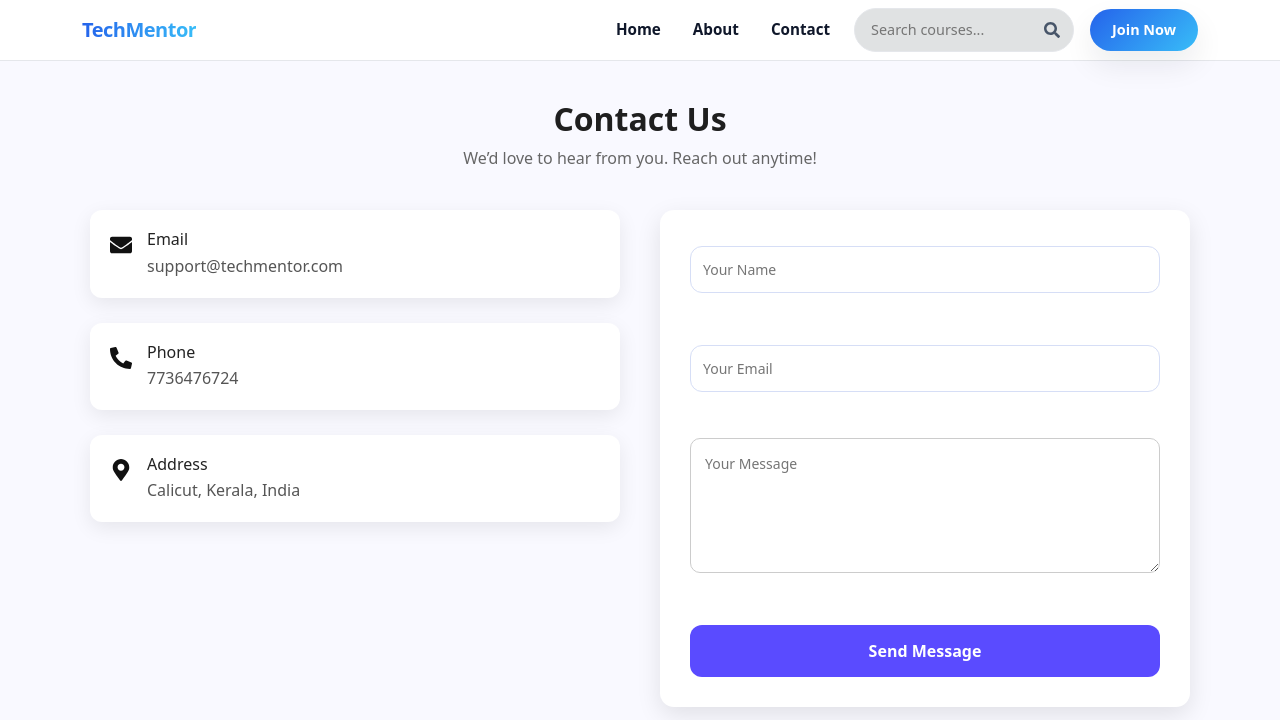
Repository: Aswin74k/project-2
Page: /#/contact
These files come from the project's save history. The page is drawn as it stood at one moment and after the next save; the edit follows.
The browser window is 1280 px wide. The pictures show the whole page.
The project was rebuilt for these pictures with package versions that can differ from the ones it lists, and the page was loaded fresh each time. Also part of the build but not shown: vite.config.js, src/project/Home.jsx, src/project/Course.jsx, src/project/About.css, src/project/About.jsx, src/project/Enroll.jsx, src/project/ProtectedRoute.jsx.

Above is the page before, as saved 2026-01-06 20:47:45.

### src/main.jsx
import React from "react";
import ReactDOM from "react-dom/client";
import { HashRouter } from "react-router-dom";   // ✅ CHANGE HERE
import App from "./project/App";
import { AuthProvider } from "./context/AuthContext";
import "bootstrap/dist/css/bootstrap.min.css";

ReactDOM.createRoot(document.getElementById("root")).render(
  <React.StrictMode>
    <HashRouter>
      <AuthProvider>
        <App />
      </AuthProvider>
    </HashRouter>
  </React.StrictMode>
);

### src/project/App.jsx
import React from "react";
import { Routes, Route, useLocation } from "react-router-dom";
import EduNavbar from "./EduNavbar";

import Home from "./Home";
import Course from "./Course";
import About from "./About";
import Contact from "./Contact";
import Enroll from "./Enroll";

import ProtectedRoute from "./ProtectedRoute";

export default function App() {
  const location = useLocation();

  // Pages where Navbar should NOT appear
  const hideNavbarRoutes = ["/enroll"];

  const shouldHideNavbar = hideNavbarRoutes.includes(location.pathname);

  return (
    <>
      {/* Navbar */}
      {!shouldHideNavbar && <EduNavbar />}

      <Routes>
        {/* PUBLIC ROUTES */}
        <Route path="/" element={<Home />} />
        <Route path="/courses/:id" element={<Course />} />
        <Route path="/about" element={<About />} />
        <Route path="/contact" element={<Contact />} />

        {/* PROTECTED ROUTE */}
        <Route
          path="/enroll"
          element={
            <ProtectedRoute>
              <Enroll />
            </ProtectedRoute>
          }
        />
      </Routes>
    </>
  );
}

### src/context/AuthContext.jsx
import { createContext, useContext, useState, useEffect } from "react";

const AuthContext = createContext();

export function AuthProvider({ children }) {
  const [user, setUser] = useState(null);
  const [loading, setLoading] = useState(true);

  useEffect(() => {
    const savedUser = JSON.parse(
      localStorage.getItem("loggedInUser")
    );
    if (savedUser) setUser(savedUser);
    setLoading(false);
  }, []);

  const login = (email, password) => {
    const users =
      JSON.parse(localStorage.getItem("registeredUsers")) || [];

    const foundUser = users.find(
      (u) => u.email === email && u.password === password
    );

    if (!foundUser) {
      return { success: false, message: "Invalid email or password" };
    }

    localStorage.setItem(
      "loggedInUser",
      JSON.stringify(foundUser)
    );
    setUser(foundUser);

    return {
      success: true,
      message: `Welcome back, ${foundUser.firstName}`,
    };
  };

  const signup = (data) => {
    const users =
      JSON.parse(localStorage.getItem("registeredUsers")) || [];

    if (users.some((u) => u.email === data.email)) {
      return {
        success: false,
        message: "User already exists with this email!",
      };
    }

    users.push(data);
    localStorage.setItem(
      "registeredUsers",
      JSON.stringify(users)
    );

    localStorage.setItem(
      "loggedInUser",
      JSON.stringify(data)
    );
    setUser(data);

    return {
      success: true,
      message: "Account created successfully",
    };
  };

  const logout = () => {
    localStorage.removeItem("loggedInUser");
    setUser(null);
  };

  return (
    <AuthContext.Provider
      value={{ user, login, signup, logout, loading }}
    >
      {children}
    </AuthContext.Provider>
  );
}

export const useAuth = () => useContext(AuthContext);

### src/project/Contact.jsx
import React, { useState } from "react";
import { useForm } from "react-hook-form";
import emailjs from "emailjs-com";
import { FaEnvelope, FaPhoneAlt, FaMapMarkerAlt } from "react-icons/fa";
import "./contact.css";

export default function Contact() {
  const [status, setStatus] = useState("");
  const [statusType, setStatusType] = useState("");

  const {
    register,
    handleSubmit,
    reset,
    formState: { errors, isSubmitting },
  } = useForm({
    mode: "onBlur",
  });

  const onSubmit = async (data) => {
    setStatus("");
    setStatusType("");

    try {
      await emailjs.send(
        "service_31jicom",
        "template_7uyno6u",
        data,
        "sTTzV7QdAk2Jx3lZL"
      );

      setStatus("Message sent successfully!");
      setStatusType("success");
      reset();
    } catch (err) {
      setStatus("Failed to send message. Please try again.");
      setStatusType("error");
    }

    setTimeout(() => {
      setStatus("");
      setStatusType("");
    }, 3000);
  };

  return (
    <div className="contact-page">
      <h2 className="contact-title">Contact Us</h2>
      <p className="contact-subtitle">
        We’d love to hear from you. Reach out anytime!
      </p>

      <div className="contact-container">
        {/* LEFT INFO */}
        <div className="contact-info">
          <div className="info-box">
            <FaEnvelope />
            <div>
              <h4>Email</h4>
              <p>support@techmentor.com</p>
            </div>
          </div>

          <div className="info-box">
            <FaPhoneAlt />
            <div>
              <h4>Phone</h4>
              <p>7736476724</p>
            </div>
          </div>

          <div className="info-box">
            <FaMapMarkerAlt />
            <div>
              <h4>Address</h4>
              <p>Calicut, Kerala, India</p>
            </div>
          </div>
        </div>

        {/* FORM */}
        <form className="contact-form" onSubmit={handleSubmit(onSubmit)} noValidate>

          {/* NAME */}
          <div className="form-group">
            <input
              type="text"
              placeholder="Your Name"
              className={errors.name ? "error" : ""}
              {...register("name", {
                required: "Name is required",
                minLength: {
                  value: 3,
                  message: "Name must be at least 3 characters",
                },
                pattern: {
                  value: /^[A-Za-z ]+$/,
                  message: "Only letters allowed",
                },
              })}
            />

            <span className="field-error">
              {errors.name?.message || ""}
            </span>
          </div>

          <div className="form-group">
            <input
              type="email"
              placeholder="Your Email"
              className={errors.email ? "error" : ""}
              {...register("email", {
                required: "Email is required",
                pattern: {
                  value: /^[^\s@]+@[^\s@]+\.[^\s@]+$/,
                  message: "Enter a valid email",
                },
              })}
            />

            <span className="field-error">
              {errors.email?.message || ""}
            </span>
          </div>

          <div className="form-group">
            <textarea
              rows="5"
              placeholder="Your Message"
              className={errors.message ? "error" : ""}
              {...register("message", {
                required: "Message cannot be empty",
                minLength: {
                  value: 10,
                  message: "Minimum 10 characters required",
                },
              })}
            />

            <span className="field-error">
              {errors.message?.message || ""}
            </span>
          </div>

          <button type="submit" disabled={isSubmitting}>
            {isSubmitting ? "Sending..." : "Send Message"}
          </button>

          {status && (
            <p className={`status-msg ${statusType}`}>{status}</p>
          )}
        </form>
      </div>
    </div>
  );
}

### src/project/course.css
.course-container {
  font-family: "Poppins", sans-serif;
  background: #f4f7ff;
}

/* HERO */
.course-header {
  background: linear-gradient(135deg, #0d6efd, #002f8f);
  padding: 90px 20px;
  border-radius: 0 0 40px 40px;
  color: #fff;
}

.course-hero {
  max-width: 1100px;
  margin: auto;
  text-align: center;
}

.course-title {
  font-size: 52px;
  font-weight: 800;
}

.course-subtitle {
  font-size: 20px;
  margin: 16px auto;
  max-width: 700px;
}

.course-trust {
  font-size: 15px;
  opacity: 0.9;
  margin-bottom: 35px;
}

.course-stats {
  display: flex;
  justify-content: center;
  gap: 30px;
  flex-wrap: wrap;
}

.course-stats div {
  background: rgba(255,255,255,0.15);
  padding: 18px 26px;
  border-radius: 16px;
}

/* CONTENT */
.course-content {
  max-width: 1100px;
  margin: 60px auto;
  padding: 0 20px;
  display: flex;
  flex-direction: column;
  gap: 35px;
}

.info-box,
.syllabus-box,
.career-box {
  background: #fff;
  padding: 32px;
  border-radius: 22px;
  box-shadow: 0 10px 30px rgba(0,0,0,0.08);
}

.info-box h3,
.syllabus-box h3,
.career-box h3 {
  color: #0d6efd;
  font-size: 26px;
  margin-bottom: 16px;
}

.why-course {
  background: linear-gradient(135deg, #eef4ff, #fff);
  padding: 32px;
  border-radius: 22px;
}

.why-grid {
  display: grid;
  grid-template-columns: repeat(auto-fit, minmax(220px,1fr));
  gap: 16px;
}

.why-grid div {
  background: #fff;
  padding: 18px;
  border-radius: 14px;
  box-shadow: 0 8px 20px rgba(0,0,0,0.06);
}

.syllabus-box li {
  position: relative;
  padding-left: 26px;
  margin-bottom: 12px;
}

.syllabus-box li::before {
  content: "✔";
  position: absolute;
  left: 0;
  color: #0d6efd;
}

.career-tags {
  display: flex;
  flex-wrap: wrap;
  gap: 12px;
}

.career-tags span {
  background: #eef4ff;
  padding: 10px 16px;
  border-radius: 20px;
  font-size: 14px;
}

/* ENROLL */
.enroll-card {
  background: #fff;
  padding: 30px;
  border-radius: 22px;
  box-shadow: 0 14px 40px rgba(0,0,0,0.12);
  max-width: 480px;
}

.enroll-details {
  display: flex;
  justify-content: space-between;
}

.enroll-main-btn {
  width: 50%;
  padding: 14px;
  margin-top: 18px;
  background: linear-gradient(135deg, #0d6efd, #0047c2);
  border: none;
  border-radius: 14px;
  color: #fff;
  font-weight: 600;
  cursor: pointer;
}

.enroll-main-btn:hover {
  transform: translateY(-3px);
  box-shadow: 0 12px 30px rgba(13,110,253,0.4);
}

@media (min-width: 992px) {
  .enroll-card {
    position: sticky;
    top: 120px;
  }
}

.not-found {
  text-align: center;
  margin: 100px 0;
}

### src/project/contact.css
/* =====================================================
   GLOBAL RESET & SAFETY
===================================================== */
* {
  box-sizing: border-box;
}

html,
body {
  width: 100%;
  overflow-x: hidden;
  margin: 0;
  padding: 0;
}

/* =====================================================
   PAGE WRAPPER
   - Avoid unnecessary vertical scroll
===================================================== */
.contact-page {
  padding: 100px 20px 60px;
  background: #f9f9ff;
  min-height: calc(100vh - 160px); /* 100 + 60 padding fix */
  width: 100%;
}

/* =====================================================
   PAGE TITLE
===================================================== */
.contact-title {
  text-align: center;
  font-size: 32px;
  font-weight: 700;
  color: #1f1f1f;
}

.contact-subtitle {
  text-align: center;
  color: #666;
  margin-bottom: 40px;
}

/* =====================================================
   MAIN LAYOUT
===================================================== */
.contact-container {
  max-width: 1100px;
  margin: auto;
  display: grid;
  grid-template-columns: 1fr 1fr;
  gap: 40px;
  width: 100%;
}

/* =====================================================
   LEFT INFO SECTION
===================================================== */
.contact-info {
  display: flex;
  flex-direction: column;
  gap: 25px;
}

.info-box {
  display: flex;
  gap: 15px;
  background: #ffffff;
  padding: 20px;
  border-radius: 12px;
  box-shadow: 0 6px 20px rgba(0, 0, 0, 0.08);
}

.info-box svg {
  font-size: 22px;
  color: #111;
  margin-top: 4px;
}

.info-box h4 {
  margin: 0;
  font-size: 16px;
  color: #222;
}

.info-box p {
  margin: 4px 0 0;
  color: #555;
}

/* =====================================================
   FORM CARD
===================================================== */
.contact-form {
  background: #ffffff;
  padding: 30px;
  border-radius: 14px;
  box-shadow: 0 8px 25px rgba(0, 0, 0, 0.1);
  display: flex;
  flex-direction: column;
  gap: 10px; /* controlled spacing */
  width: 100%;
}

/* =====================================================
   FORM GROUP (INPUT + ERROR)
===================================================== */
.form-group {
  display: flex;
  flex-direction: column;
  margin-bottom: 6px;
}

/* =====================================================
   INPUTS & TEXTAREA
===================================================== */
.contact-form input,
.contact-form textarea {
  padding: 14px;
  border-radius: 10px;
  border: 1.5px solid #ccc;
  outline: none;
  font-size: 14px;
  width: 100%;
  transition: 0.25s ease;
}

.contact-form input:focus,
.contact-form textarea:focus {
  border-color: #5a4bff;
  box-shadow: 0 0 0 3px rgba(90, 75, 255, 0.15);
}

/* =====================================================
   ERROR INPUT STATE
===================================================== */
.contact-form input.error,
.contact-form textarea.error {
  border-color: #dc2626;
}

/* =====================================================
   ERROR MESSAGE (NO JUMP FIX)
===================================================== */
.field-error {
  min-height: 18px; /* IMPORTANT: prevents layout jump */
  margin-top: 6px;
  font-size: 13px;
  font-weight: 500;
  color: #dc2626;
  display: flex;
  align-items: center;
  gap: 6px;
}

/* Show icon only when text exists */
.field-error:empty::before {
  content: "";
}

.field-error::before {
  content: "⚠";
  font-size: 14px;
}

/* =====================================================
   SUBMIT BUTTON
===================================================== */
.contact-form button {
  margin-top: 6px;
  padding: 14px;
  border-radius: 12px;
  border: none;
  background: #5a4bff;
  color: #ffffff;
  font-size: 16px;
  font-weight: 600;
  cursor: pointer;
  transition: 0.3s ease;
}

.contact-form button:hover {
  background: #4338ca;
}

.contact-form button:disabled {
  opacity: 0.7;
  cursor: not-allowed;
}

/* =====================================================
   STATUS MESSAGE
===================================================== */
.status-msg {
  margin-top: 14px;
  padding: 12px 16px;
  border-radius: 10px;
  font-size: 14px;
  font-weight: 600;
  text-align: center;
}

.status-msg.success {
  background: #ecfdf5;
  color: #047857;
  border: 1px solid #a7f3d0;
}

.status-msg.error {
  background: #fef2f2;
  color: #b91c1c;
  border: 1px solid #fecaca;
}

/* =====================================================
   RESPONSIVE (MOBILE)
===================================================== */
@media (max-width: 768px) {
  .contact-container {
    grid-template-columns: 1fr;
  }

  .contact-page {
    padding-top: 80px;
  }
}

### src/project/Enroll.css
* {
  box-sizing: border-box;
}

html,
body {
  height: 100%;
  margin: 0;
  overflow: hidden; /* ✅ PAGE NEVER SCROLL */
  font-family: "Poppins", sans-serif;
}

/* PAGE */
.enroll-page {
  height: 100vh;
  display: flex;
  justify-content: center;
  align-items: center;
  background: radial-gradient(circle at top, #eef3ff, #e6edff);
  padding: 16px;
}

/* CARD */
.enroll-layout {
  width: 100%;
  max-width: 1050px;
  height: 600px;               /* ✅ FIXED HEIGHT */
  display: flex;
  border-radius: 22px;
  overflow: hidden;
  box-shadow: 0 25px 60px rgba(0, 0, 0, 0.15);
  background: #fff;
}

/* LEFT */
.enroll-info {
  flex: 1;
  background: linear-gradient(135deg, #0d6efd, #003fa3);
  color: #fff;
  padding: 42px;
  display: flex;
  flex-direction: column;
  justify-content: center;
}

.enroll-info h2 {
  font-size: 28px;
  margin-bottom: 12px;
}

.course-desc {
  font-size: 15px;
  line-height: 1.6;
}

.duration-box {
  margin-top: 22px;
  background: rgba(255, 255, 255, 0.15);
  padding: 14px;
  border-radius: 12px;
}

.secure-note {
  margin-top: 26px;
  font-size: 13px;
}

/* RIGHT */
.enroll-container {
  flex: 1;
  padding: 36px;
  display: flex;
  flex-direction: column;
}

/* TITLE */
.enroll-container h3 {
  text-align: center;
  margin-bottom: 10px;
}

/* ERROR HOLDER (NO JUMP) */
.top-error-holder {
  min-height: 22px;
  margin-bottom: 8px;
}

.top-error-msg {
  text-align: center;
  font-size: 14px;
  color: #dc2626;
  font-weight: 600;
}

/* FORM */


.form-group {
  margin-bottom: 16px;
}

.form-group label {
  font-size: 14px;
  font-weight: 600;
}

.form-group input {
  width: 100%;
  padding: 12px;
  margin-top: 6px;
  border-radius: 12px;
  border: 1.5px solid #d6def6;
}

input.error {
  border-color: #dc2626;
}

/* FIELD ERROR */
.field-error {
  display: block;
  min-height: 16px;
  font-size: 12px;
  margin-top: 4px;
  color: #dc2626;
}

/* BUTTONS */
.enroll-btn {
  width: 100%;
  padding: 14px;
  margin-top: 8px;
  border-radius: 14px;
  border: none;
  background: linear-gradient(135deg, #0d6efd, #0047c2);
  color: #fff;
  font-size: 16px;
  font-weight: 600;
  cursor: pointer;
}

.back-btn {
  margin-top: 10px;
  background: none;
  border: none;
  color: #0d6efd;
  font-weight: 600;
  width: 100%;
  cursor: pointer;
}

/* MODAL */
.modal-overlay {
  position: fixed;
  inset: 0;
  background: rgba(15, 23, 42, 0.55);
  backdrop-filter: blur(6px);
  display: flex;
  justify-content: center;
  align-items: center;
  z-index: 9999;
}

.modal-box {
  background: #fff;
  width: 340px;
  padding: 30px;
  border-radius: 20px;
  text-align: center;
  animation: modalSlide 0.3s ease;
}

.modal-icon-wrapper {
  width: 70px;
  height: 70px;
  margin: auto auto 12px;
  background: linear-gradient(135deg, #22c55e, #16a34a);
  border-radius: 50%;
  display: flex;
  justify-content: center;
  align-items: center;
}

.modal-icon {
  color: #fff;
  font-size: 32px;
}

@keyframes modalSlide {
  from {
    opacity: 0;
    transform: translateY(20px) scale(0.95);
  }
  to {
    opacity: 1;
    transform: translateY(0) scale(1);
  }
}

/* MOBILE */
@media (max-width: 900px) {
  html,
  body {
    overflow: auto;
  }

  .enroll-layout {
    height: auto;
    flex-direction: column;
  }

  form {
    overflow: visible;
  }
}

Loaded but not shown: index.html (common file); src/project/EduNavbar.jsx (379 lines, source omitted); src/project/Navbar.css (516 lines, source omitted); src/project/Home.css (485 lines, source omitted)

After the next save:
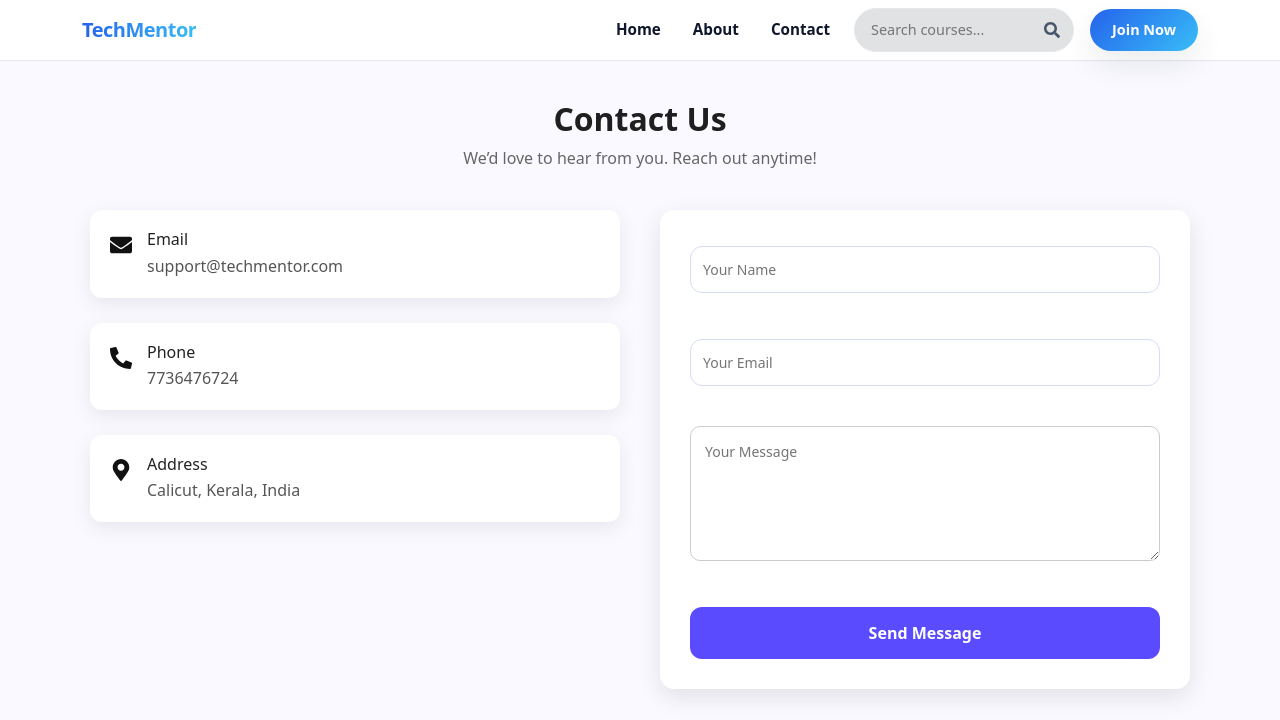
Saved 15 s later.
--- a/src/project/Enroll.css
+++ b/src/project/Enroll.css
@@ -96,7 +96,7 @@ body {
 
 
 .form-group {
-  margin-bottom: 16px;
+  margin-bottom: 10px;
 }
 
 .form-group label {
